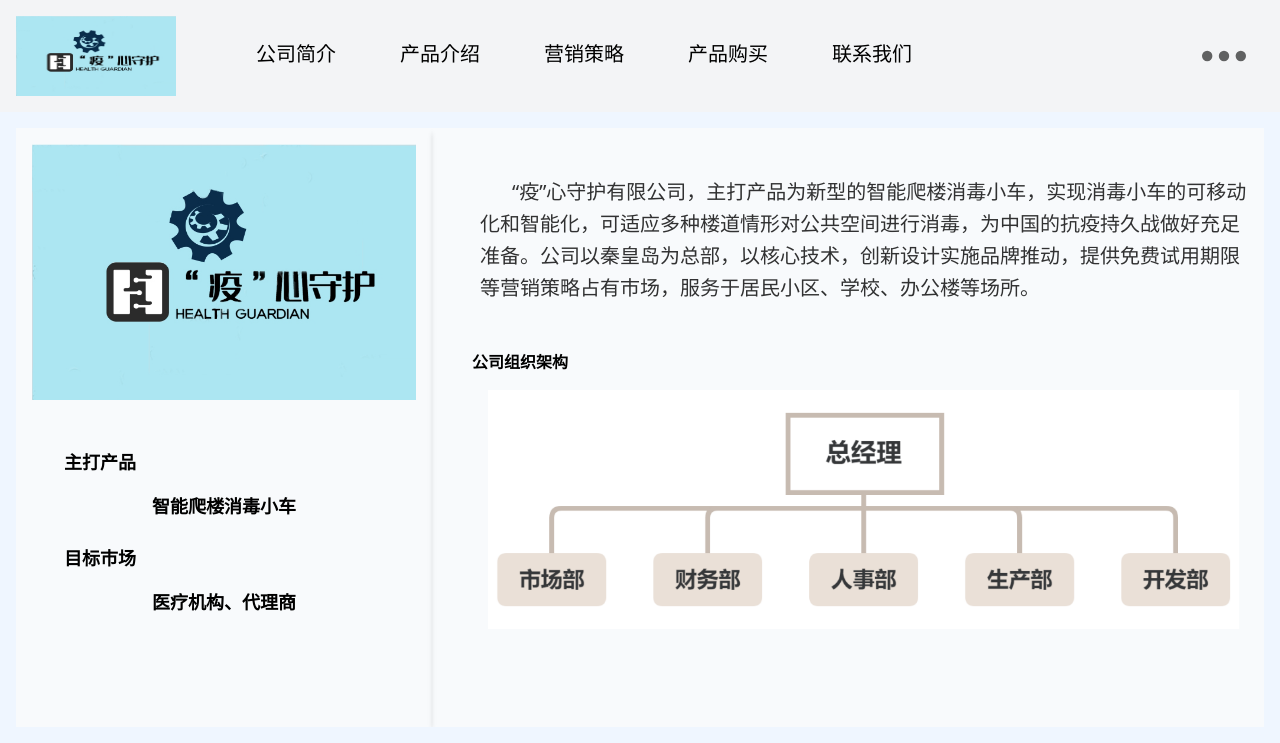
Repository: LiuRuohui/company_introduction
Page: /#/introduction
These files come from the project's save history. The page is drawn as it stood at one moment and after the next save; the edit follows.
The browser window is 1280 px wide. The pictures show the whole page.
The project was rebuilt for these pictures with package versions that can differ from the ones it lists, and the page was loaded fresh each time. Also part of the build but not shown: vite.config.js, src/components/product.vue, src/components/purchase.vue, src/components/strategy.vue, src/components/contact.vue.

Above is the page before, as saved 2022-05-12 23:17:41.

After the next save:
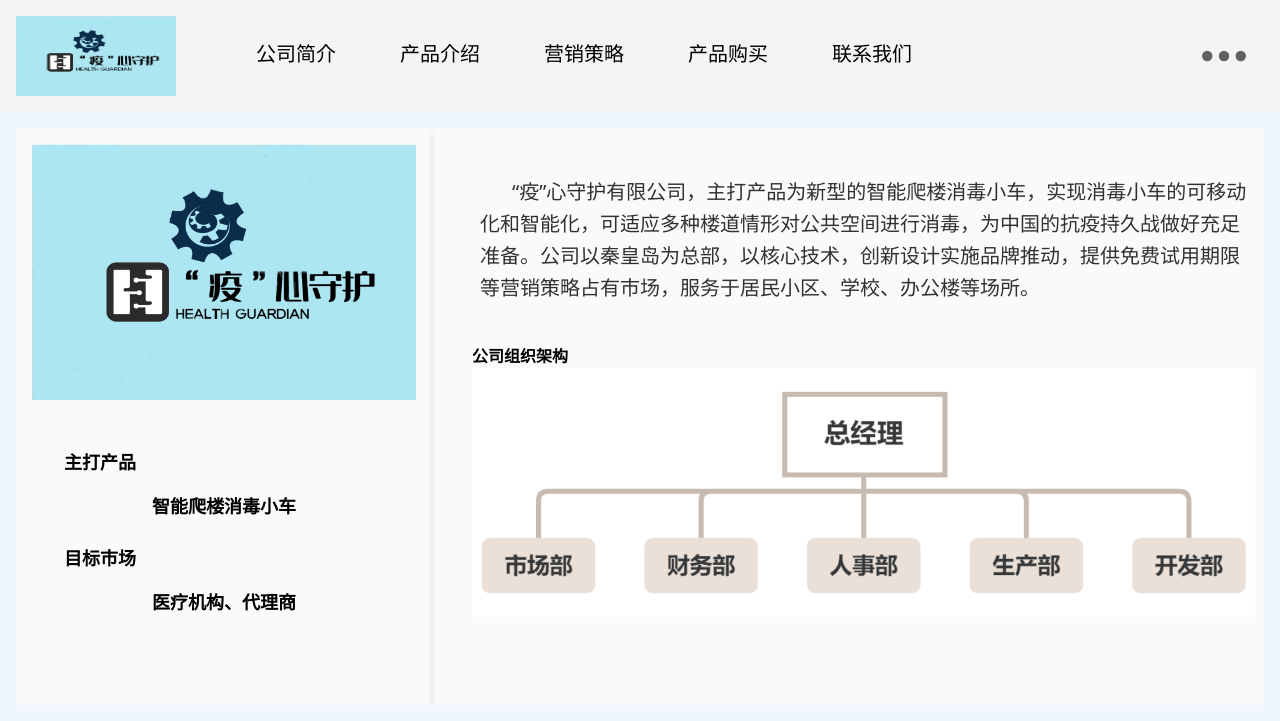
Saved 8 s later.
--- a/src/components/introduction.vue
+++ b/src/components/introduction.vue
@@ -28,7 +28,7 @@
             <div class="m-4 w-full flex flex-grow flex-row">
                 <div class="m-6 font-bold">
                     公司组织架构
-                    <img src="/src/assets/structure.png" alt="公司组织架构图" class="p-4">
+                    <img src="/src/assets/structure.png" alt="公司组织架构图" class="">
                 </div>
                 <div></div>
             </div>
